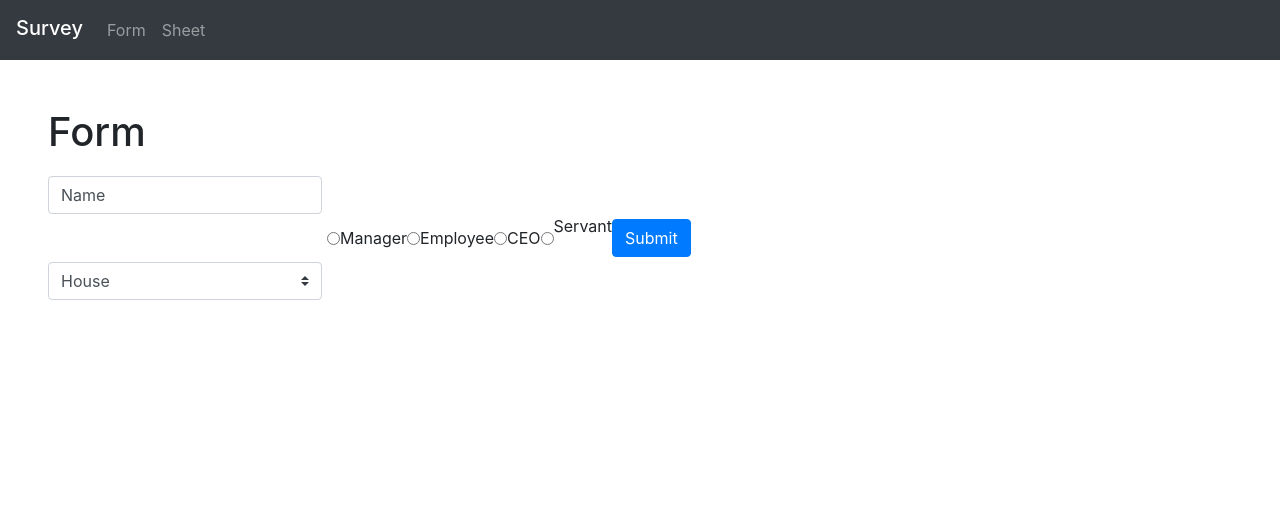
Repository: bahgaat/cs50
Page: http://localhost/form
The author's editor kept a record of every edit. The page is drawn from the files as they stood at one moment, then again after the next edit.
The browser window is 1280 px wide. The pictures show the whole page.
The page is served by the project's application, run on Flask 3 (pset7/survey/application.py).

Above is the page before.

### environment/pset7/survey/templates/form.html
{% extends "layout.html" %}

{% block main %}

    <!-- http://getbootstrap.com/docs/4.1/content/typography/ -->
    <h1 class="mb-3">Form</h1>

    <!-- http://getbootstrap.com/docs/4.1/components/forms/ -->
    <form onsubmit="return validation()"; action="/form" method="post">
      <div class="form-row align-items-center">
      <div class="col-auto my-1">
        <input id="name" type="text" class="form-control" name="name" value="Name"><br><br>
        <label class="mr-sm-2 sr-only" for="inlineFormCustomSelect"></label>
        <select id="house" class="custom-select mr-sm-2">
            <option value=""selected disabled hidden>House</option>
            <option value="MasrElGedida">MasrElgedida</option>
            <option value="Nasr city">NasrCity</option>
            <option value="ElMaadi">ElMaadi</option>
            <option value="6 October">6 October</option>
            <br>
        </select>
       </div>
        <br>
        <input id="Manager" type="radio" name="position" value="Manager">Manager<br>
        <input id="Employee"type="radio" name="position" value="Employee">Employee<br>
        <input id="CEO"     type="radio" name="position" value="CEO">CEO<br>
        <input id="Servant" type="radio" name="position" value="Servant">Servant<br>
        <br>






        <!-- TODO -->

        <!-- http://getbootstrap.com/docs/4.1/components/buttons/ -->
        <button class="btn btn-primary" type="submit">Submit</button>

    </form>

    <script>

        function validation()
        {
            var name = document.getElementById("name");
            var house = document.getElementById("house");
            var manager = document.getElementById("Manager").checked;
            var employee = document.getElementById("Employee").checked;
            var ceo = document.getElementById("CEO").checked;
            var servant = document.getElementById("Servant").checked;
            if (name.value == "Name")
            {
                alert("Enter your name");
                return false;
            }
            else if (house.value == "")
            {
                alert("Enter your house");
                return false;
            }
            else if ((manager=="") && (employee=="") && (ceo=="") && (servant==""))
            {
                alert("Enter your position");
                return false;
            }
            else
            {
                return true;
            }


        }

    </script>

{% endblock %}

### environment/pset7/survey/templates/layout.html
<!DOCTYPE html>

<html>

    <head>

        <meta name="viewport" content="initial-scale=1, width=device-width">

        <!-- http://getbootstrap.com/docs/4.1/ -->
        <link href="https://stackpath.bootstrapcdn.com/bootstrap/4.1.3/css/bootstrap.min.css" rel="stylesheet">
        <script src="https://code.jquery.com/jquery-3.3.1.min.js"></script>
        <script src="https://cdnjs.cloudflare.com/ajax/libs/popper.js/1.14.3/umd/popper.min.js"></script>
        <script src="https://stackpath.bootstrapcdn.com/bootstrap/4.1.3/js/bootstrap.min.js"></script>

        <link href="/static/styles.css" rel="stylesheet">

        <title>Survey</title>

    </head>

    <body>

        <!-- http://getbootstrap.com/docs/4.1/components/navbar/ -->
        <nav class="navbar navbar-expand-sm navbar-dark bg-dark">
            <a class="navbar-brand mb-1 h1" href="/">Survey</a>
            <button aria-controls="navbarNav" aria-expanded="false" aria-label="Toggle navigation" class="navbar-toggler" type="button" data-target="#navbarNav" data-toggle="collapse">
                <span class="navbar-toggler-icon"></span>
            </button>
            <div class="collapse navbar-collapse" id="navbarNav">
                <ul class="navbar-nav">
                    <li class="nav-item">
                        <a class="nav-link" href="/form">Form</a>
                    </li>
                    <li class="nav-item">
                        <a class="nav-link" href="/sheet">Sheet</a>
                    </li>
                </ul>
            </div>
        </nav>

        <!-- http://getbootstrap.com/docs/4.1/layout/overview/#containers -->
        <main class="container-fluid p-5">
            {% block main %}{% endblock %}
        </main>

    </body>

</html>

### environment/pset7/survey/application.py
import cs50
import csv

from flask import Flask, jsonify, redirect, render_template, request

# Configure application
app = Flask(__name__)

# Reload templates when they are changed
app.config["TEMPLATES_AUTO_RELOAD"] = True


@app.after_request
def after_request(response):
    """Disable caching"""
    response.headers["Cache-Control"] = "no-cache, no-store, must-revalidate"
    response.headers["Expires"] = 0
    response.headers["Pragma"] = "no-cache"
    return response


@app.route("/", methods=["GET"])
def get_index():
    return redirect("/form")


@app.route("/form", methods=["GET"])
def get_form():
    return render_template("form.html")


@app.route("/form", methods=["POST"])
def post_form():
    name = request.form.get("name")
    position = request.form.get("position")
    select = request.form.get("select")
    if name == "Name" or name == "" or position == "" or select=="" :
        return render_template("error.html", message="TODO")
    file = open("survey.csv","a")
    writer = csv.writer(file)
    writer.writerow((name,select,position))
    file.close()
    return redirect("/sheet")


@app.route("/sheet", methods=["GET"])
def get_sheet():
    file = open("survey.csv","r")
    reader = csv.reader(file)
    people = list(reader)
    file.close()
    return render_template("table.html",people=people)

Loaded but not shown: environment/pset7/survey/static/styles.css (common file)

After the next edit:
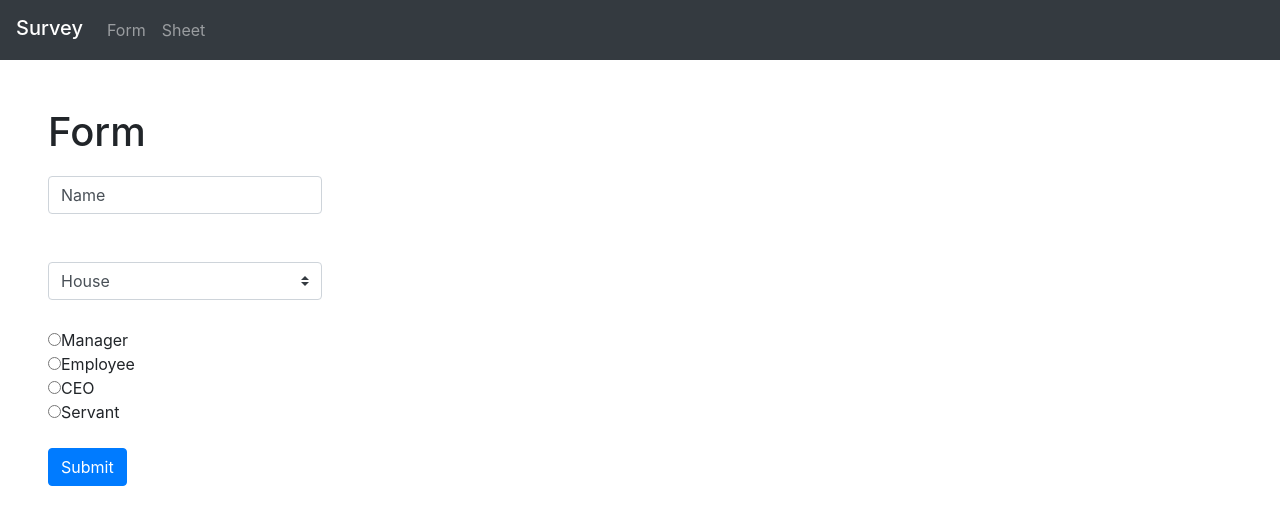
The edit:
--- a/environment/pset7/survey/templates/form.html
+++ b/environment/pset7/survey/templates/form.html
@@ -19,7 +19,8 @@
             <option value="6 October">6 October</option>
             <br>
         </select>
-       </div>
+      </div>
+      </div>
         <br>
         <input id="Manager" type="radio" name="position" value="Manager">Manager<br>
         <input id="Employee"type="radio" name="position" value="Employee">Employee<br>
